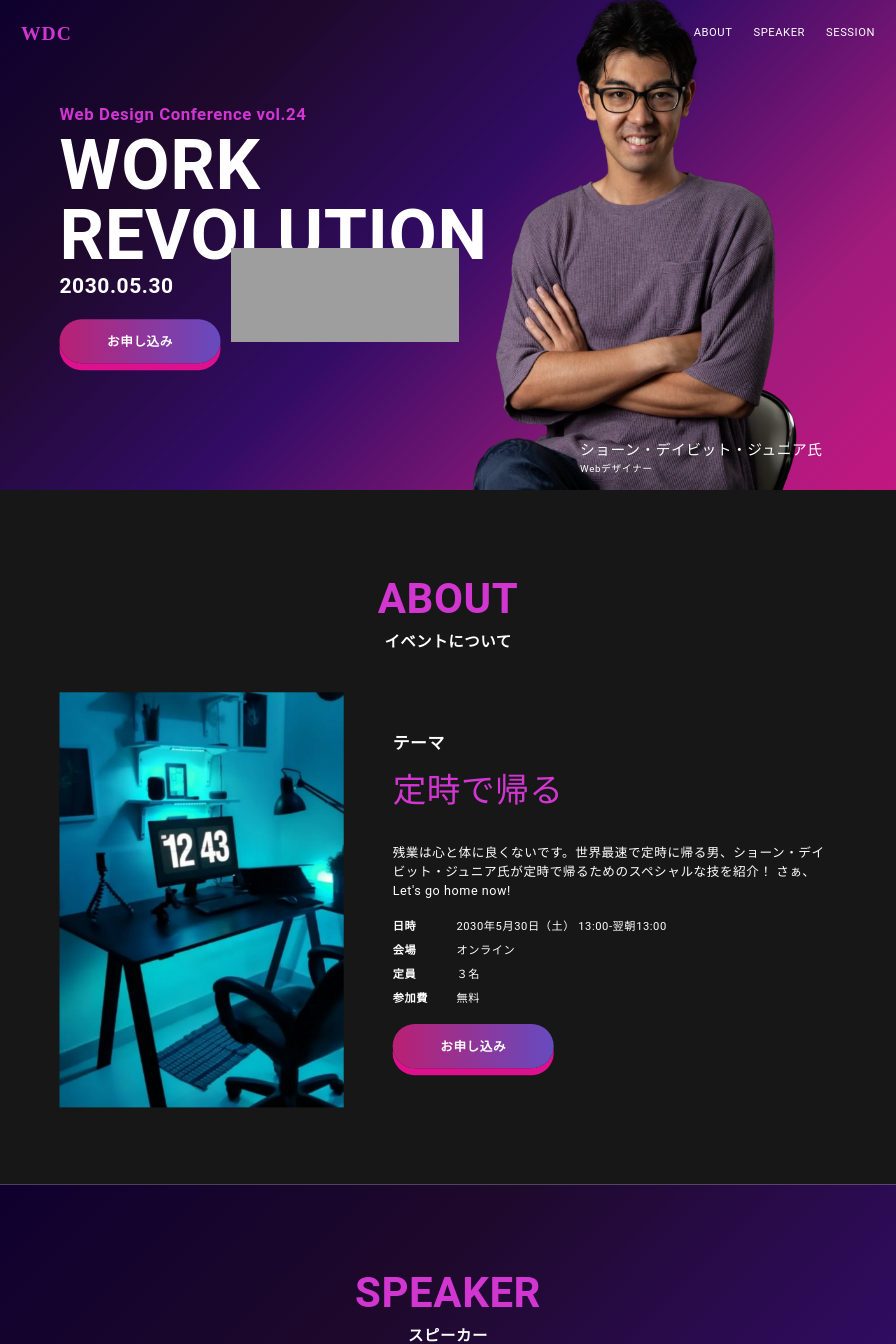
Repository: tetishi/wdc
Page: index.html
An editor plug-in stored every save of this project. The page is shown before and after the next save, followed by the edit.
The browser window is 1280 px wide. The pictures show the part of the page from y = 0 to 1920 px (the page is 6330 px tall), at 70% of full size.
Pictures or frames that could not be fetched are drawn as grey boxes. Some web libraries are served in a nearby version. The style sheet was rebuilt from its Sass, Less or Tailwind sources for each picture, by a compiler version that may differ from the author's.

Above is the page before, as saved 2023-06-28 12:58:04.

After the next save:
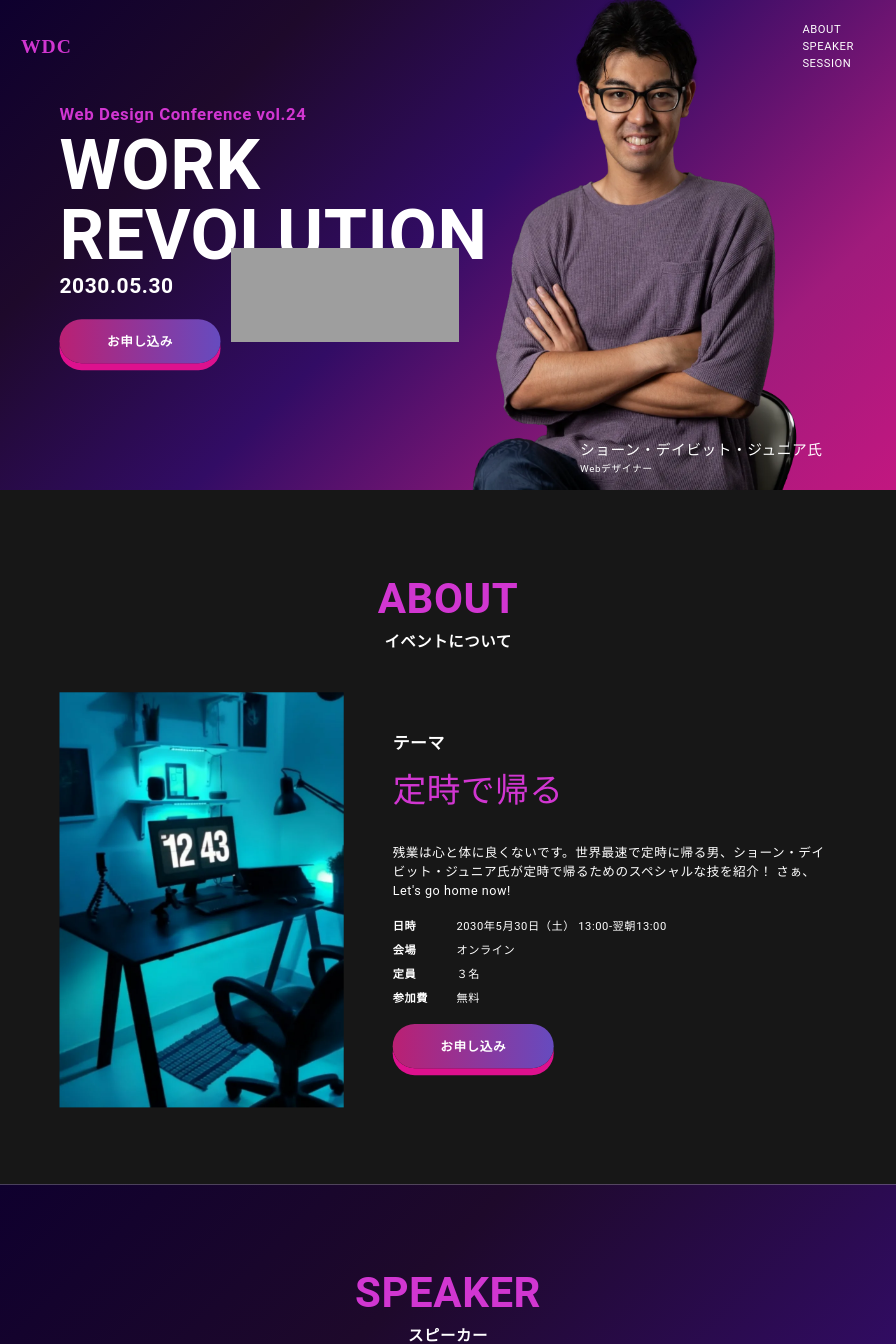
Saved 4 s later.
--- a/index.html
+++ b/index.html
@@ -20,7 +20,7 @@
                 </a>
             </h2>
             <nav class="header-nav">
-                <ul id="" class="header-list">
+                <ul id= class="header-list">
                     <li class="header-item">
                         <a href="#about">ABOUT</a>
                     </li>

After the 2 saves that followed:
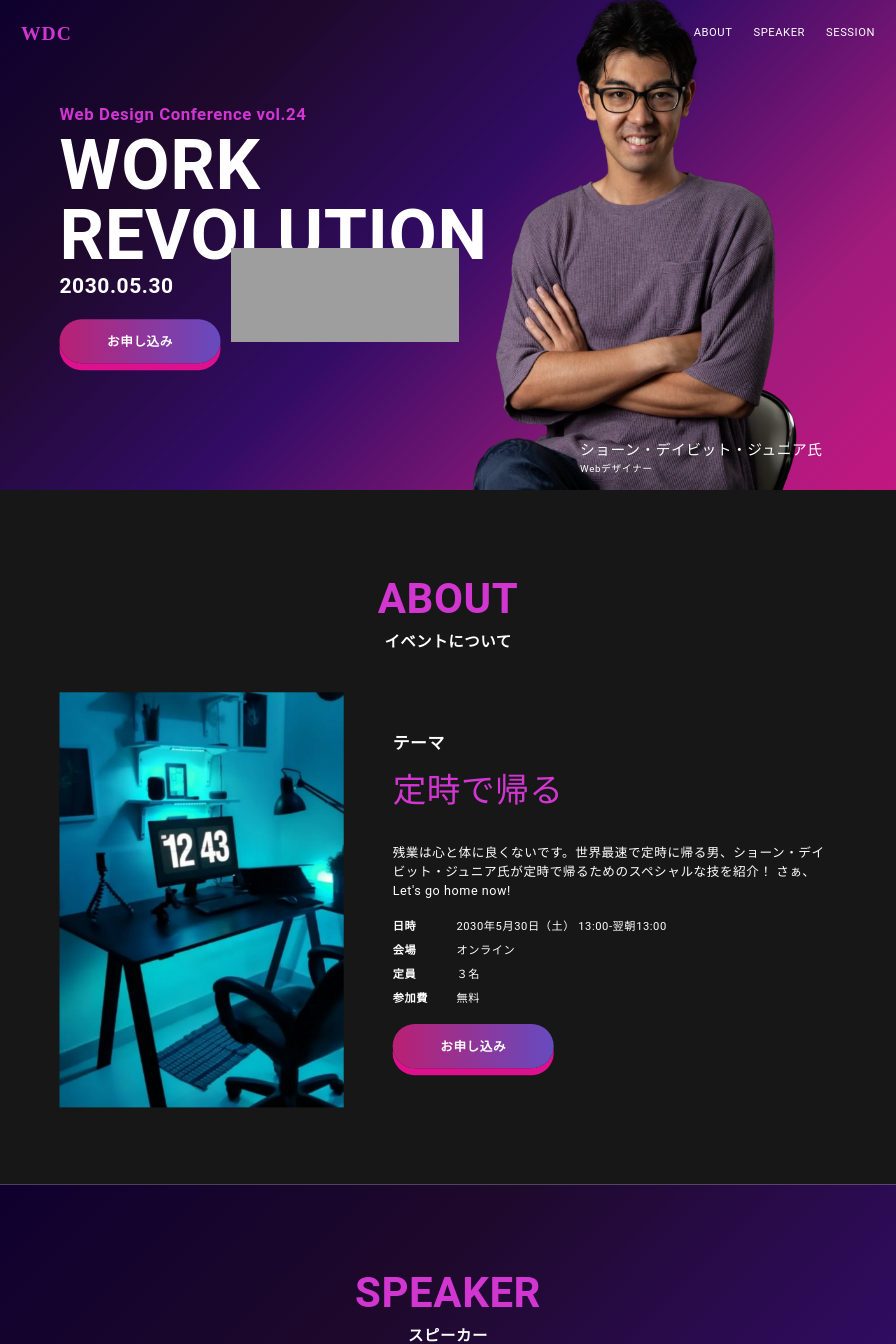
The 2 saves are shown as one change because they came seconds apart.
The last was saved 7 s later.
--- a/index.html
+++ b/index.html
@@ -20,7 +20,7 @@
                 </a>
             </h2>
             <nav class="header-nav">
-                <ul id= class="header-list">
+                <ul id="page-link" class="header-list">
                     <li class="header-item">
                         <a href="#about">ABOUT</a>
                     </li>
